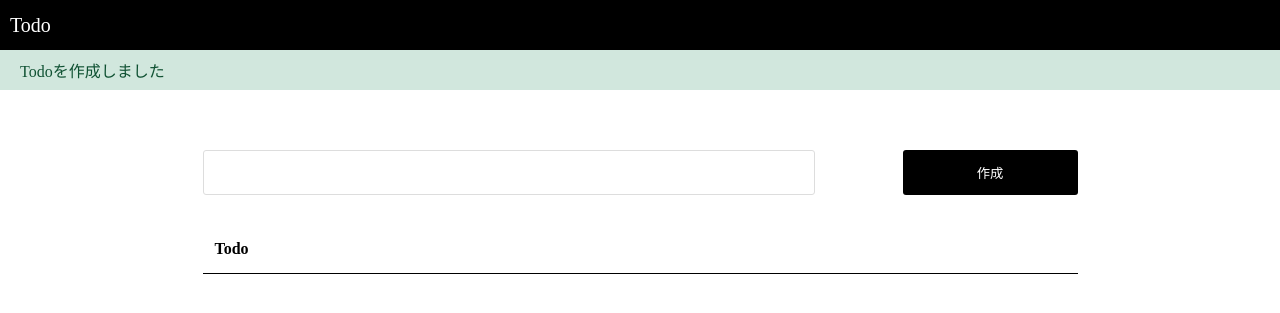
Repository: mayu-ya/todo4
Page: http://localhost/
The author's editor kept a copy of each file at every save. The page is drawn from the files as they stood at one save, then again after the next save.
The browser window is 1280 px wide. The pictures show the whole page.
The page is served by the project's Laravel application, run on PHP 8.4 with Laravel 8. Other server files are loaded and not shown. Queries for data that is not in the repository find no rows.

Above is the page before, as saved 2026-01-13 10:52:19.

### src/routes/web.php
<?php

use Illuminate\Support\Facades\Route;
use App\Http\Controllers\TodoController;

/*
|--------------------------------------------------------------------------
| Web Routes
|--------------------------------------------------------------------------
|
| Here is where you can register web routes for your application. These
| routes are loaded by the RouteServiceProvider within a group which
| contains the "web" middleware group. Now create something great!
|
*/

Route::get('/', [TodoController::class, 'index']);
Route::post('/todos', [TodoController::class, 'store']);

### src/app/Http/Controllers/TodoController.php
<?php

namespace App\Http\Controllers;

use App\Models\Todo;
use Illuminate\Http\Request;

class TodoController extends Controller
{
    public function index()
    {
        $todos = Todo::all();

        return view('index', compact('todos'));
    }

    public function store(Request $request)
    {
        $todo = $request->only(['content']);
        Todo::create($todo);

        return redirect('/')->with('message', 'Todoを作成しました');
    }
}

### src/app/Models/Todo.php
<?php

namespace App\Models;

use Illuminate\Database\Eloquent\Factories\HasFactory;
use Illuminate\Database\Eloquent\Model;

class Todo extends Model
{
    use HasFactory;

    protected $fillable = ['content'];
}

### src/resources/views/index.blade.php
@extends('layouts.app')

@section('css')
<link rel="stylesheet" href="{{ asset('css/index.css') }}">
@endsection

@section('content')
<div class="todo-message">
    <div class="todo-message_header">Todoを作成しました</div>
</div>

<div class="content">
    <form class="create-form" action="/todos" method="post">
        @csrf
        <div class="create-form-todo">
            <input class=create-form-todo_input type="text" name="content">
        </div>
        <div class="create-form_button">
            <button class="create-form_button-submit" type="submit">作成</button>
        </div>
    </form>

    <table class="table">
        <tr class="table-row">
            <th class="table-title">Todo</th>
        </tr>
        @foreach($todos as $todo)
        <tr class="table-row">
            <td class="table_item">
                <form class="table-update">
                    <div class="table-todo">
                        <input type="text" class="table-update_input" name="name" value="{{ $todo['content'] }}">
                    </div>
                    <div class="table-update_button">
                        <button class="table-update_button-submit" type="submit">更新</button>
                    </div>
                </form>
            </td>
            <td class="table_item">
                <form class="table-delete">
                    <div class="table-delete_button">
                        <button class="table-delete_button-submit" type="submit">削除</button>
                    </div>
                </form>
            </td>
        </tr>
        @endforeach
    </table>
</div>
@endsection

### src/resources/views/layouts/app.blade.php
<!DOCTYPE html>
<html lang="ja">
<head>
    <meta charset="UTF-8">
    <meta name="viewport" content="width=device-width, initial-scale=1.0">
    <title>Todo</title>
    <link rel="stylesheet" href="{{ asset('css/sanitize.css') }}">
    <link rel="stylesheet" href="{{ asset('css/common.css') }}">
    @yield('css')
</head>
<body>
    <header class="header">
        <div class="header-inner">
            <a href="/" class="header-logo">Todo</a>
        </div>
    </header>

    <main>
        @yield('content')
    </main>
</body>
</html>

### src/public/css/sanitize.css
/* Document
* ========================================================================== */

/**
* Add border box sizing in all browsers (opinionated).
*/

*,
::before,
::after {
box-sizing: border-box;
}

/**
* 1. Add text decoration inheritance in all browsers (opinionated).
* 2. Add vertical alignment inheritance in all browsers (opinionated).
*/

::before,
::after {
vertical-align: inherit; /* 2 */
text-decoration: inherit; /* 1 */
}

/**
* 1. Use the default cursor in all browsers (opinionated).
* 2. Change the line height in all browsers (opinionated).
* 3. Use a 4-space tab width in all browsers (opinionated).
* 4. Remove the grey highlight on links in iOS (opinionated).
* 5. Prevent adjustments of font size after orientation changes in
*    IE on Windows Phone and in iOS.
* 6. Breaks words to prevent overflow in all browsers (opinionated).
*/

html {
word-break: break-word; /* 6 */
-moz-tab-size: 4; /* 3 */
tab-size: 4; /* 3 */
line-height: 1.5; /* 2 */
cursor: default; /* 1 */

-webkit-tap-highlight-color: transparent /* 4 */;
-ms-text-size-adjust: 100%; /* 5 */
-webkit-text-size-adjust: 100%; /* 5 */
}

/* Sections
* ========================================================================== */

/**
* Remove the margin in all browsers (opinionated).
*/

body {
margin: 0;
}

/**
* Correct the font size and margin on `h1` elements within `section` and
* `article` contexts in Chrome, Edge, Firefox, and Safari.
*/

h1 {
margin: 0.67em 0;
font-size: 2em;
}

/* Grouping content
* ========================================================================== */

/**
* Remove the margin on nested lists in Chrome, Edge, IE, and Safari.
*/

dl dl,
dl ol,
dl ul,
ol dl,
ul dl {
margin: 0;
}

/**
* Remove the margin on nested lists in Edge 18- and IE.
*/

ol ol,
ol ul,
ul ol,
ul ul {
margin: 0;
}

/**
* 1. Add the correct sizing in Firefox.
* 2. Show the overflow in Edge 18- and IE.
*/

hr {
overflow: visible; /* 2 */
height: 0; /* 1 */
}

/**
* Add the correct display in IE.
*/

main {
display: block;
}

/**
* Remove the list style on navigation lists in all browsers (opinionated).
*/

nav ol,
nav ul {
padding: 0;
list-style: none;
}

/**
* 1. Correct the inheritance and scaling of font size in all browsers.
* 2. Correct the odd `em` font sizing in all browsers.
*/

pre {
font-size: 1em; /* 2 */
font-family: monospace, monospace; /* 1 */
}

/* Text-level semantics
* ========================================================================== */

/**
* Remove the gray background on active links in IE 10.
*/

a {
background-color: transparent;
}

/**
* Add the correct text decoration in Edge 18-, IE, and Safari.
*/

abbr[title] {
text-decoration: underline;
text-decoration: underline dotted;
}

/**
* Add the correct font weight in Chrome, Edge, and Safari.
*/

b,
strong {
font-weight: bolder;
}

/**
* 1. Correct the inheritance and scaling of font size in all browsers.
* 2. Correct the odd `em` font sizing in all browsers.
*/

code,
kbd,
samp {
font-size: 1em; /* 2 */
font-family: monospace, monospace; /* 1 */
}

/**
* Add the correct font size in all browsers.
*/

small {
font-size: 80%;
}

/* Embedded content
* ========================================================================== */

/*
* Change the alignment on media elements in all browsers (opinionated).
*/

audio,
canvas,
iframe,
img,
svg,
video {
vertical-align: middle;
}

/**
* Add the correct display in IE 9-.
*/

audio,
video {
display: inline-block;
}

/**
* Add the correct display in iOS 4-7.
*/

audio:not([controls]) {
display: none;
height: 0;
}

/**
* Remove the border on iframes in all browsers (opinionated).
*/

iframe {
border-style: none;
}

/**
* Remove the border on images within links in IE 10-.
*/

img {
border-style: none;
}

/**
* Change the fill color to match the text color in all browsers (opinionated).
*/

svg:not([fill]) {
fill: currentColor;
}

/**
* Hide the overflow in IE.
*/

svg:not(:root) {
overflow: hidden;
}

/* Tabular data
* ========================================================================== */

/**
* Collapse border spacing in all browsers (opinionated).
*/

table {
border-collapse: collapse;
}

/* Forms
* ========================================================================== */

/**
* Remove the margin on controls in Safari.
*/

button,
input,
select {
margin: 0;
}

/**
* 1. Show the overflow in IE.
* 2. Remove the inheritance of text transform in Edge 18-, Firefox, and IE.
*/

button {
overflow: visible; /* 1 */
text-transform: none; /* 2 */
}

/**
* Correct the inability to style buttons in iOS and Safari.
*/

button,
[type="button"],
[type="reset"],
[type="submit"] {
-webkit-appearance: button;
}

/**
* 1. Change the inconsistent appearance in all browsers (opinionated).
* 2. Correct the padding in Firefox.
*/

fieldset {
padding: 0.35em 0.75em 0.625em; /* 2 */
border: 1px solid #a0a0a0; /* 1 */
}

/**
* Show the overflow in Edge 18- and IE.
*/

input {
overflow: visible;
}

/**
* 1. Correct the text wrapping in Edge 18- and IE.
* 2. Correct the color inheritance from `fieldset` elements in IE.
*/

legend {
display: table; /* 1 */
max-width: 100%; /* 1 */
color: inherit; /* 2 */
white-space: normal; /* 1 */
}

/**
* 1. Add the correct display in Edge 18- and IE.
* 2. Add the correct vertical alignment in Chrome, Edge, and Firefox.
*/

progress {
display: inline-block; /* 1 */
vertical-align: baseline; /* 2 */
}

/**
* Remove the inheritance of text transform in Firefox.
*/

select {
text-transform: none;
}

/**
* 1. Remove the margin in Firefox and Safari.
* 2. Remove the default vertical scrollbar in IE.
* 3. Change the resize direction in all browsers (opinionated).
*/

textarea {
overflow: auto; /* 2 */
margin: 0; /* 1 */
resize: vertical; /* 3 */
}

/**
* Remove the padding in IE 10-.
*/

[type="checkbox"],
[type="radio"] {
padding: 0;
}

/**
* 1. Correct the odd appearance in Chrome, Edge, and Safari.
* 2. Correct the outline style in Safari.
*/

[type="search"] {
outline-offset: -2px; /* 2 */

-webkit-appearance: textfield; /* 1 */
}

/**
* Correct the cursor style of increment and decrement buttons in Safari.
*/

::-webkit-inner-spin-button,
::-webkit-outer-spin-button {
height: auto;
}

/**
* Correct the text style of placeholders in Chrome, Edge, and Safari.
*/

::-webkit-input-placeholder {
color: inherit;
opacity: 0.54;
}

/**
* Remove the inner padding in Chrome, Edge, and Safari on macOS.
*/

::-webkit-search-decoration {
-webkit-appearance: none;
}

/**
* 1. Correct the inability to style upload buttons in iOS and Safari.
* 2. Change font properties to `inherit` in Safari.
*/

::-webkit-file-upload-button {
font: inherit; /* 2 */

-webkit-appearance: button; /* 1 */
}

/**
* Remove the inner border and padding of focus outlines in Firefox.
*/

::-moz-focus-inner {
padding: 0;
border-style: none;
}

/**
* Restore the focus outline styles unset by the previous rule in Firefox.
*/

:-moz-focusring {
outline: 1px dotted ButtonText;
}

/**
* Remove the additional :invalid styles in Firefox.
*/

:-moz-ui-invalid {
box-shadow: none;
}

/* Interactive
* ========================================================================== */

/*
* Add the correct display in Edge 18- and IE.
*/

details {
display: block;
}

/*
* Add the correct styles in Edge 18-, IE, and Safari.
*/

dialog {
position: absolute;
right: 0;
left: 0;
display: block;
margin: auto;
padding: 1em;
width: -moz-fit-content;
width: -webkit-fit-content;
width: fit-content;
height: -moz-fit-content;
height: -webkit-fit-content;
height: fit-content;
border: solid;
background-color: white;
color: black;
}

dialog:not([open]) {
display: none;
}

/*
* Add the correct display in all browsers.
*/

summary {
display: list-item;
}

/* Scripting
* ========================================================================== */

/**
* Add the correct display in IE 9-.
*/

canvas {
display: inline-block;
}

/**
* Add the correct display in IE.
*/

template {
display: none;
}

/* User interaction
* ========================================================================== */

/*
* 1. Remove the tapping delay in IE 10.
* 2. Remove the tapping delay on clickable elements
in all browsers (opinionated).
*/

a,
area,
button,
input,
label,
select,
summary,
textarea,
[tabindex] {
-ms-touch-action: manipulation; /* 1 */
touch-action: manipulation; /* 2 */
}

/**
* Add the correct display in IE 10-.
*/

[hidden] {
display: none;
}

/* Accessibility
* ========================================================================== */

/**
* Change the cursor on busy elements in all browsers (opinionated).
*/

[aria-busy="true"] {
cursor: progress;
}

/*
* Change the cursor on control elements in all browsers (opinionated).
*/

[aria-controls] {
cursor: pointer;
}

/*
* Change the cursor on disabled, not-editable, or otherwise
* inoperable elements in all browsers (opinionated).
*/

[aria-disabled="true"],
[disabled] {
cursor: not-allowed;
}

/*
* Change the display on visually hidden accessible elements
* in all browsers (opinionated).
*/

[aria-hidden="false"][hidden] {
display: initial;
}

[aria-hidden="false"][hidden]:not(:focus) {
position: absolute;
clip: rect(0, 0, 0, 0);
}

### src/public/css/common.css
.header {
    max-width: 1536px;
}

.header-inner {
    width: 100%;
}

.header-logo {
    display: block;
    height: 50px;
    padding: 10px;
    font-size: 20px;
    background: #000;
    color: #fff;
    text-decoration: none;
    cursor: pointer;
}

### src/public/css/index.css
.todo-message_header {
    height: 40px;
    padding: 10px 20px;
    background: #d1e7dd;
    color: #0f5132;
    border-color: #badbcc;
}

.todo-error-message_header {
    height: 40px;
    padding: 10px 20px;
    background: #f8d7da;
    color: #842029;
    border-color: #f5c2c7;
}

.content {
    max-width: 1536px;
    margin: 0 auto;
    padding: 60px 15px;
}

.create-form {
    display: flex;
    width: 70%;
    justify-content: space-between;
    margin: 0 auto;
    align-items: center;
}

.create-form-todo {
    width: 70%;
}

.create-form-todo_input {
    padding: 10px;
    width: 100%;
    height: 45px;
    border: 1px solid #ddd;
    border-radius: 3px;
    outline: none;
}

.create-form_button {
    width: 20%;
}

.create-form_button-submit {
    padding: 10px;
    width: 100%;
    height: 45px;
    border: none;
    border-radius: 3px;
    background: #000;
    color: #fff;
    cursor: pointer;
}

.table {
    margin: 30px auto;
    width: 70%;
    text-align: left;
}

.table-row {
    display: flex;
    border-bottom: 1px solid #000;
}

.table-title {
    padding: 12px;
    width: 20%;
    text-align: left;
    font-weight: bold;
}

.table-update {
    display: flex;
    align-items: center;
    justify-content: space-between;
}

.table-todo {
    width: 80%;
    line-height: 50%;
}

.table-update_input {
    width: 100%;
    outline: none;
    border: none;
}

.table_item:first-of-type {
    padding: 12px;
    width: 90%;
}

.table-update_button {
    width: 50px;
}

.table-update_button-submit {
    padding: 5px;
    width: 100%;
    border: none;
    border-radius: 3px;
    background: #00f;
    color: #fff;
    cursor: pointer;
}

.table-delete_button {
    width: 50px;
    padding: 12px 0;
}

.table-delete_button-submit {
    padding: 5px;
    width: 100%;
    border: none;
    border-radius: 3px;
    background: #ff0000;
    color: #fff;
    cursor: pointer;
}

Loaded but not shown: src/app/Http/Controllers/Controller.php (common file)

After the next save:
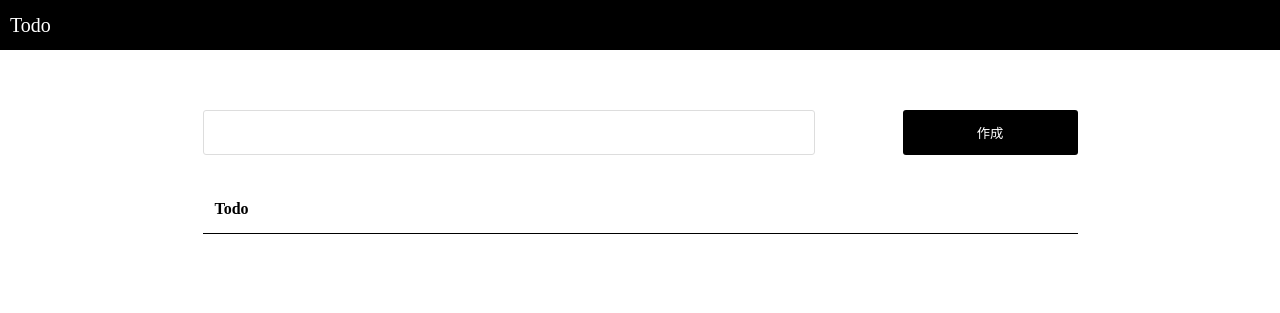
Saved 2 min 41 s later.
--- a/src/resources/views/index.blade.php
+++ b/src/resources/views/index.blade.php
@@ -6,7 +6,11 @@
 
 @section('content')
 <div class="todo-message">
-    <div class="todo-message_header">Todoを作成しました</div>
+    @if(session('message'))
+    <div class="todo-message_header">
+        {{ session('message') }}
+    </div>
+    @endif
 </div>
 
 <div class="content">
